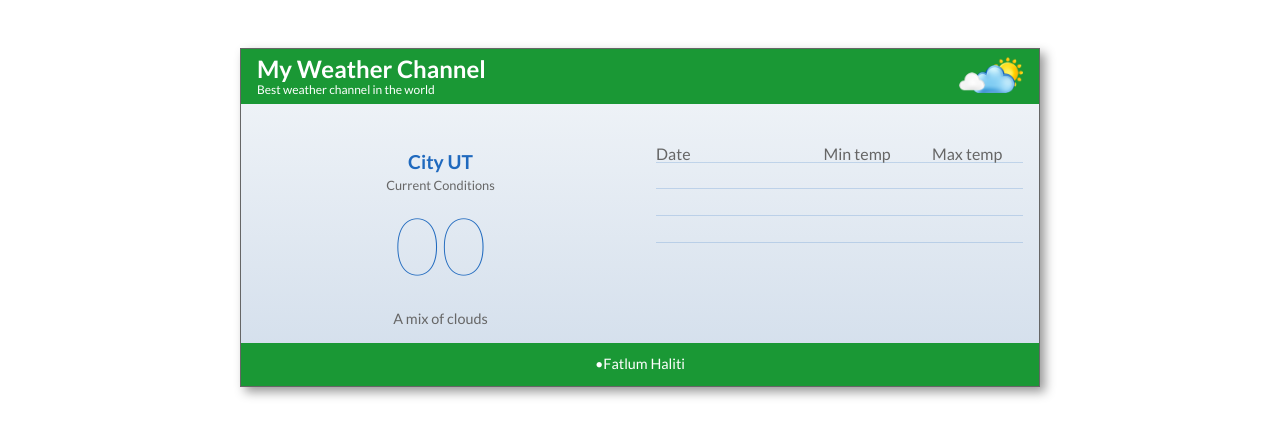
Repository: thinsanta/weather-site
Page: index.html
An editor plug-in stored every save of this project. The page is shown before and after the next save, followed by the edit.
The browser window is 1280 px wide. The pictures show the whole page.
The page's requests for data from a server got no answer.

Above is the page before, as saved 2019-10-28 11:45:22.

After the next save:
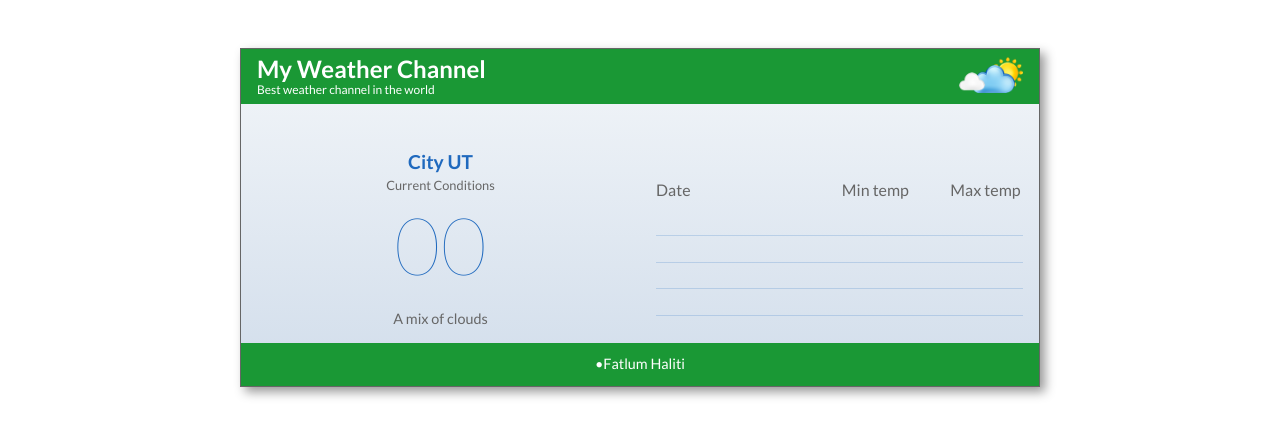
Saved 12 s later.
--- a/css/styles.css
+++ b/css/styles.css
@@ -161,7 +161,7 @@
     flex-grow: 1; }
     #r0c3{
       text-align: center;
-      padding: -10%;
+      padding: 10%;
     }
     #r0c4{
       text-align: center;

After the save that followed:
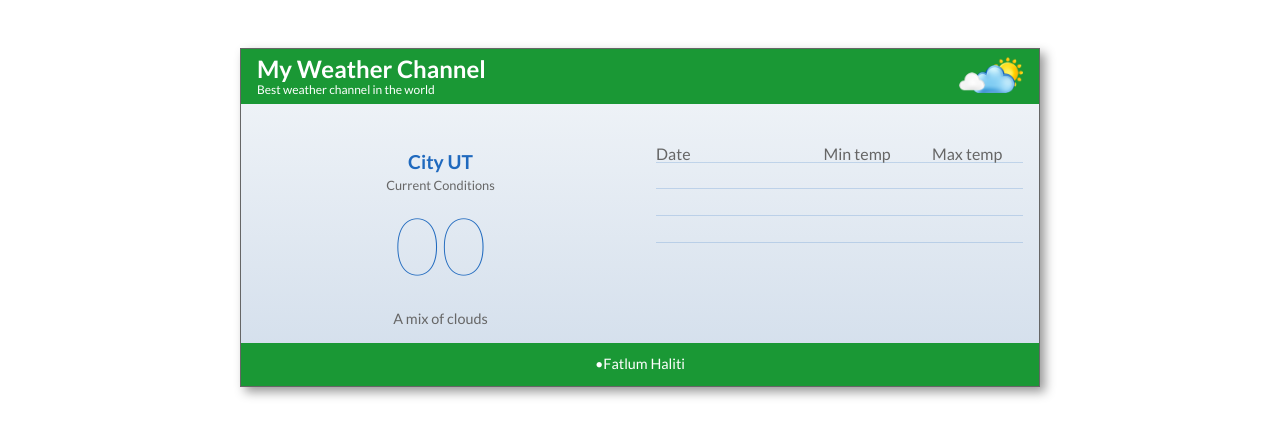
Saved 23 s later.
--- a/css/styles.css
+++ b/css/styles.css
@@ -161,7 +161,7 @@
     flex-grow: 1; }
     #r0c3{
       text-align: center;
-      padding: 10%;
+      padding-right: -10%;
     }
     #r0c4{
       text-align: center;
